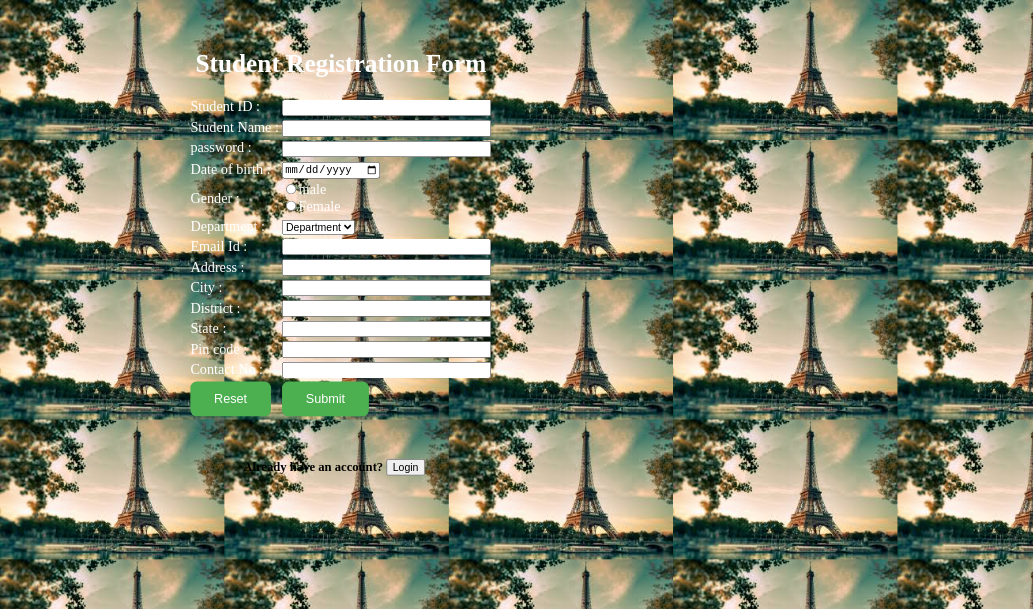
Repository: srikanthModugu/jdbc-servlet-jsp
Page: SutudentRegistration/WebContent/Registration.html
These files come from the project's save history. The page is drawn as it stood at one moment and after the next save; the edit follows.
The browser window is 1280 px wide. The page is 1308 px wide, so the pictures cover 1308 px, including what lies to the right of the window. The pictures show the whole page, at 79% of full size.

Above is the page before, as saved 2017-10-02 14:47:39.
Console error: SyntaxError: Unexpected end of input

### SutudentRegistration/WebContent/Registration.html
<!DOCTYPE html>
<html>
<head>
<meta charset="UTF-8">
<title>Registration Page</title>
<style type="text/css">
.button {
	border: none;
	border-radius: 8px;
	color: white;
	padding: 13px 30px;
	text-align: center;
	text-decoration: none;
	background-color: #4CAF50;
	display: inline-block;
	font-size: 16px;
}

input[type=submit]
{
	border: none;
	border-radius: 8px;
	color: white;
	padding: 13px 30px;
	text-align: center;
	text-decoration: none;

	display: inline-block;
	font-size: 16px;
}

button:hover {
	background-color: #4CAF50;
	color: white;
	box-shadow: 0 12px 16px 0 rgba(0, 0, 0, 0.24), 0 17px 50px 0
		rgba(0, 0, 0, 0.19);
}

td {
	font-size: 18px;
}
</style>

<script type="text/javascript">
function validateform(){
	var name=document.myform.studentName.value;
	var password=document.myform.password.value;

	if (name==null || name==""){
	  alert("Name can't be blank");
	  return false;
	}else if(password.length<6){
	  alert("Password must be at least 6 characters long.");
	  return false;
	  }
</script>

</head>
<body background="backGround.jpeg">
	<div style="height: 755px; width: 1300px; ">





		<div style="height: 700px; width: 1300px; color: white; float: left;">

			<div style="height: 700px; width: 200px;  float: left;">

			</div>

			<div
				style="height: 700px; width: 700px;  color: black; float: left;">
				<form action="Registerformservlet" method="get"  onsubmit="return validateform()" name="myform"  >
					<table style="height: 600; width: 700; margin: 30px;  color: white;">

						<tr>
							<th colspan="2"><h1>Student Registration Form</h1></th>
						</tr>

						<tr>
							<td>Student ID :</td>
							<td><input type='text' name='studentid' size='30'><br></td>
						</tr>

						<tr>
							<td>Student Name :</td>
							<td><input type='text' name='studentName' size='30'><br></td>
						</tr>

						<tr>
							<td>password :</td>
							<td><input type='password' name='password' size='30'><br></td>
						</tr>

						<tr>
							<td>Date of birth :</td>
							<td><input type='date' name="DOB">
							<br></td>
						</tr>

						<tr>
							<td>Gender :</td>
							<td><input type='radio' name='gender' value='male'>male<br>
								<input type='radio' name='gender' value='female'>Female<br></td>
						</tr>

						<tr>
							<td>Department :</td>
							<td><select name='department'>
									<option>Department</option>
									<option>Computer</option>
									<option>Civil</option>
									<option>E & TC</option>
									<option>Mechanical</option>
									<option>IT</option>
							</select></td>
						</tr>

						<tr>
							<td>Email Id :</td>
							<td><input type='email' name='emailId' size='30'><br></td>
						</tr>

						<tr>
							<td>Address :</td>
							<td><input type='text' name='address' size='30'><br></td>
						</tr>

						<tr>
							<td>City :</td>
							<td><input type='text' name='city' size='30'><br></td>
						</tr>

						<tr>
							<td>District :</td>
							<td><input type='text' name='district' size='30'><br></td>
						</tr>

						<tr>
							<td>State :</td>
							<td><input type='text' name='state' size='30'><br></td>
						</tr>

						<tr>
							<td>Pin code :</td>
							<td><input type='text' name='pincode' size='30'
								pattern="[0-9]{4}" maxlength="6"><br></td>
						</tr>

						<tr>
							<td>Contact No :</td>
							<td><input type='text' name='contactNo' size='30'><br></td>
						</tr>


						<tr>
							<td><button class="button" type="submit" formaction="RegisterForm.html">Reset</button></td>
							<td><input class="button" type="submit" value="Submit"></td>
						</tr>
					</table>

					<div
						style="height: 25px; width: 400px;  color: black; float: left; margin-left: 100px">
						<h4>
							Already have an account?
							<button type="submit" formaction="LoginPage.html">Login</button>
						</h4>
					</div>
				</form>


			</div>

	</div>

</html>

After the next save:
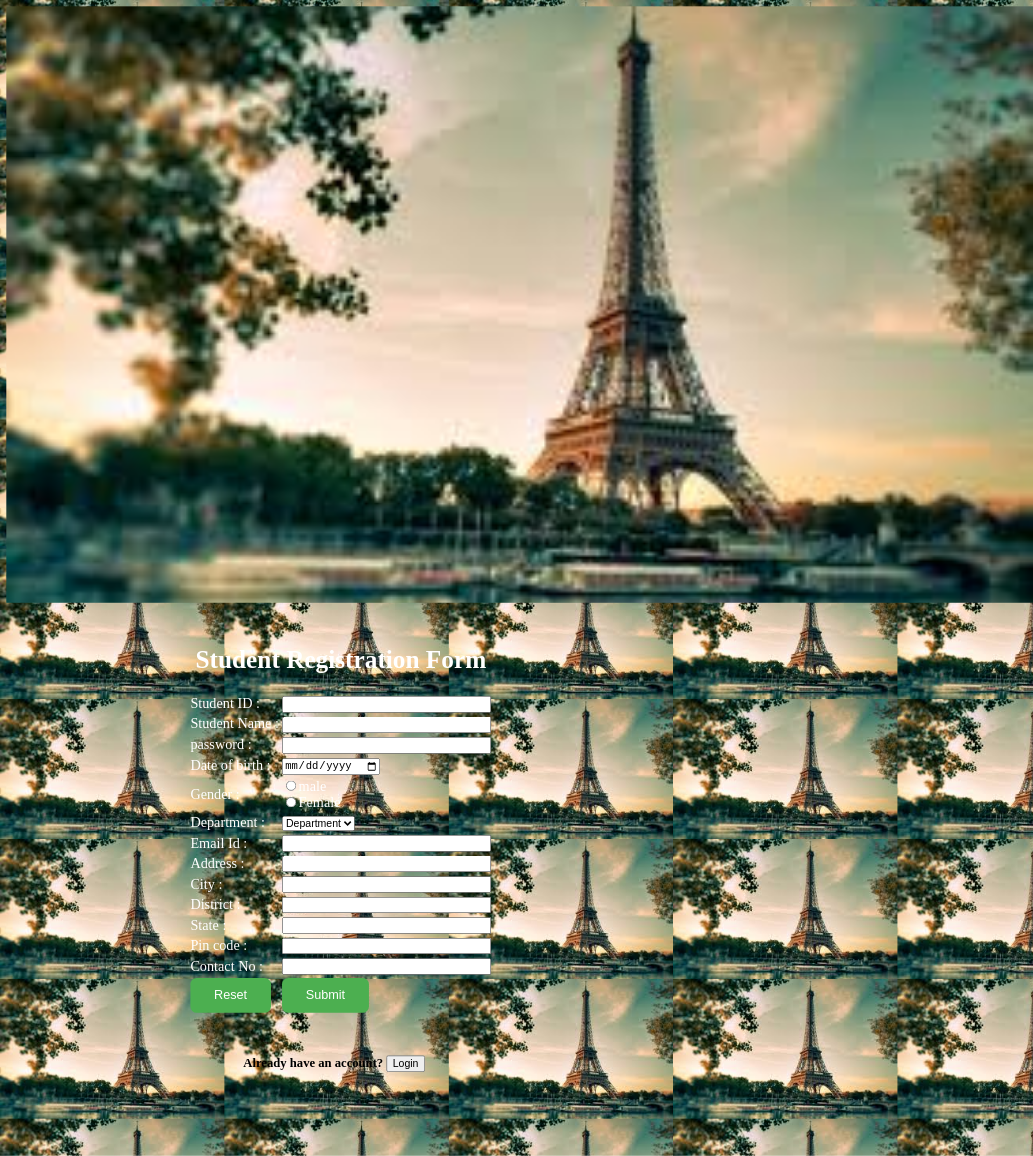
Saved 2 min 39 s later.
--- a/SutudentRegistration/WebContent/Registration.html
+++ b/SutudentRegistration/WebContent/Registration.html
@@ -14,6 +14,18 @@
 	background-color: #4CAF50;
 	display: inline-block;
 	font-size: 16px;
+}
+.bg {
+    /* The image used */
+    background-image: url("backGround.jpeg");
+
+    /* Full height */
+    height: 100%;
+
+    /* Center and scale the image nicely */
+    background-position: center;
+    background-repeat: no-repeat;
+    background-size: cover;
 }
 
 input[type=submit]
@@ -60,6 +72,7 @@ function validateform(){
 	<div style="height: 755px; width: 1300px; ">
 
 
+<div class="bg"></div>
 
 
 
